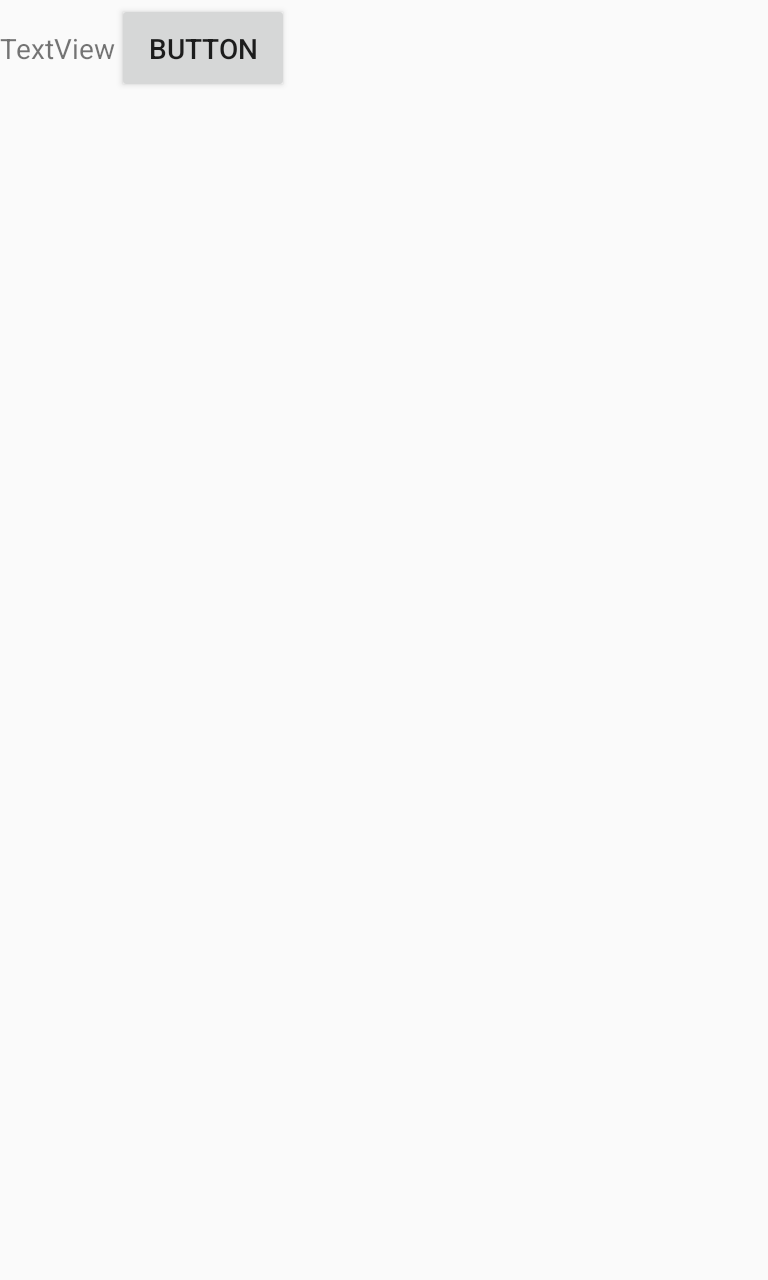
Repository: testGitHubTeam/study_Android
Layout: 65ListViewCustomized/res/layout/widget_icontext.xml
An editor plug-in stored every save of this project. The layout is shown before and after the next save, followed by the edit.
It is drawn on a 768 x 1280 px phone screen (xhdpi) without system bars, with theme AppTheme; the app's code is not run.

Above is the layout before, as saved 2014-04-28 07:31:47.

After the next save:
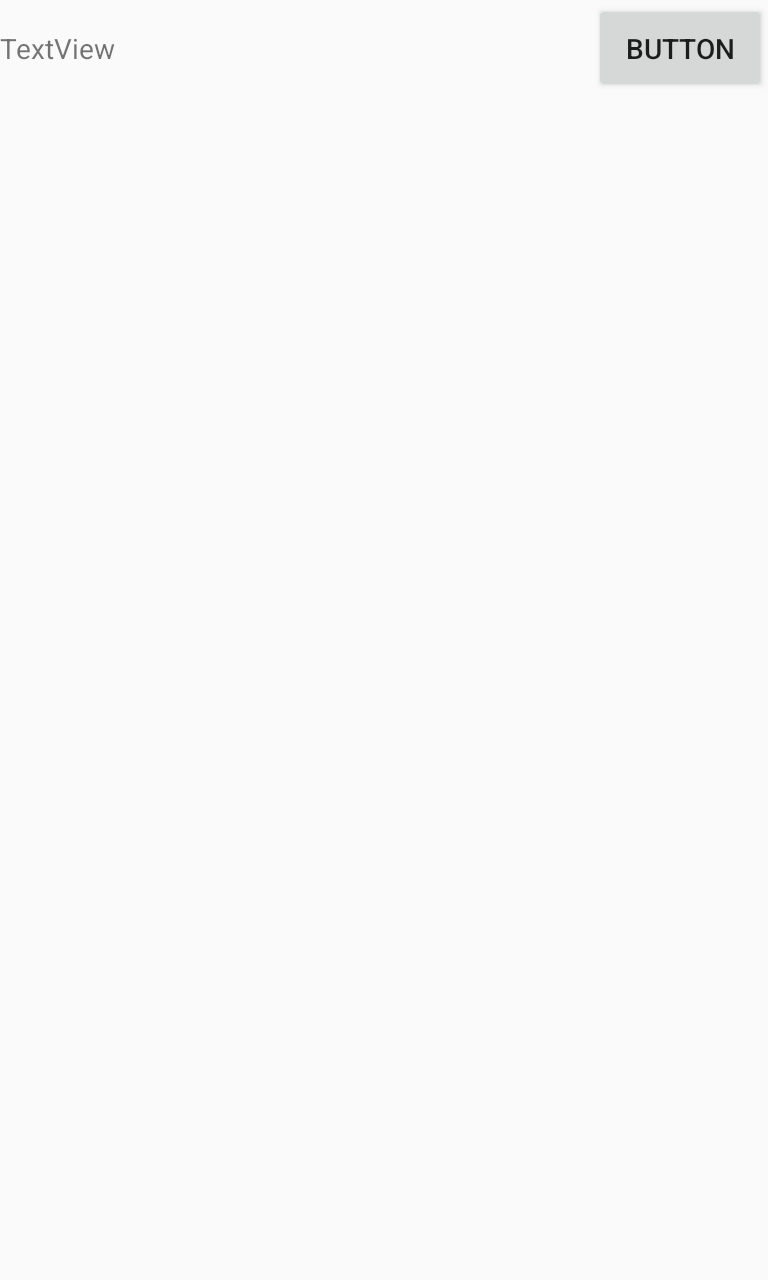
Saved 21 s later.
--- a/65ListViewCustomized/res/layout/widget_icontext.xml
+++ b/65ListViewCustomized/res/layout/widget_icontext.xml
@@ -13,9 +13,10 @@
 
     <TextView
         android:id="@+id/tvText"
-        android:layout_width="wrap_content"
+        android:layout_width="match_parent"
         android:layout_height="wrap_content"
-        android:text="TextView" />
+        android:text="TextView"
+        android:layout_weight="1"/>
 
     <Button
         android:id="@+id/btn"
